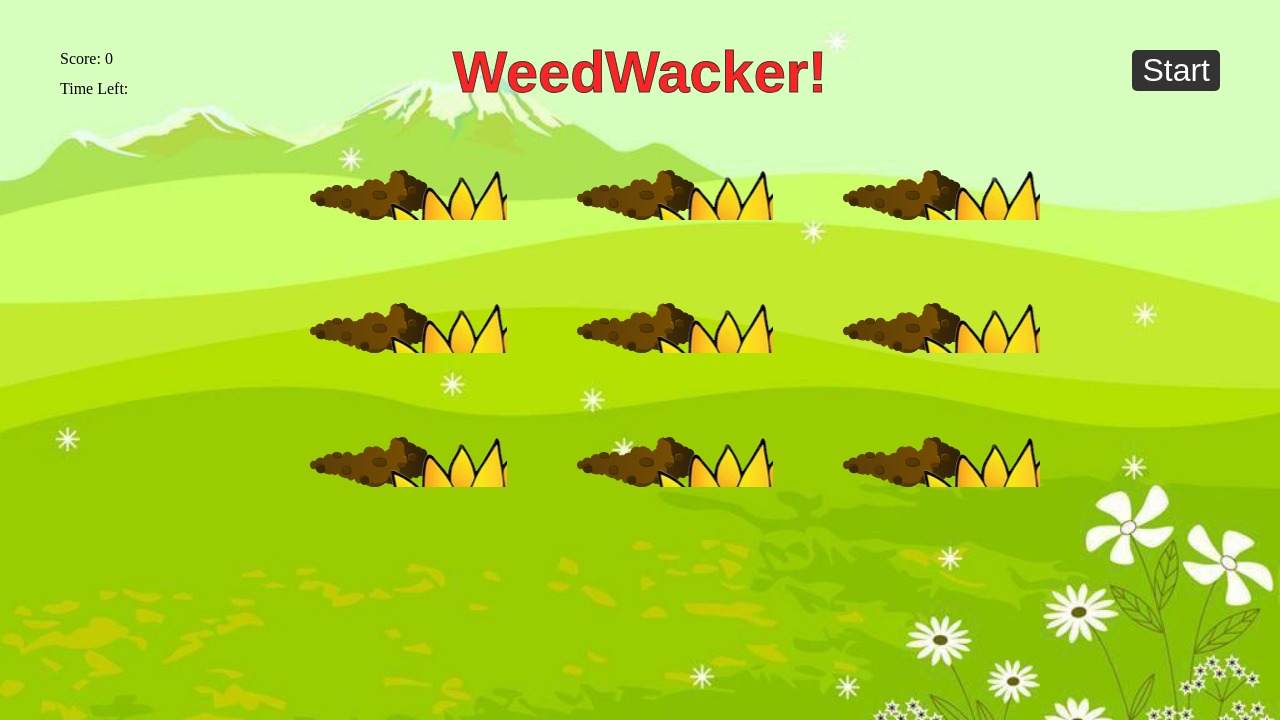
Repository: AustinW24/weedwacker
Page: index.html
The author's editor kept a copy of each file at every save. The page is drawn from the files as they stood at one save, then again after the next save.
The browser window is 1280 px wide. The pictures show the whole page.
Some web fonts or font styles are not loaded; a fallback is used.

Above is the page before, as saved 2022-02-11 10:20:24.

### index.html
<!DOCTYPE html>
<html lang="en">
<head>
    <meta charset="UTF-8">
    <meta name="viewport" content="width=device-width, initial-scale=1.0">
    <meta http-equiv="X-UA-Compatible" content="ie=edge">
    <title>WeedWacker</title>
    <link href="http://fonts.cdnfonts.com/css/common-pixel" rel="stylesheet">
    <link rel="stylesheet" href="style.css">
</head>

<body>
    <div class="container">
        <div class="score">Score: 0</div>
        <div class="timer">Time Left: </div>
        <div class="heading">
            <h1 class="title">WeedWacker!</h1>
        </div>
        <div class="start">
            <button onClick="startGame()">Start</button>
        </div>
        <div class="game">
            <div class="hole hole1">
                <div class="plant"></div>
            </div>
            <div class="hole hole2">
                <div class="plant"></div>
            </div>
            <div class="hole hole3">
                <div class="plant"></div>
            </div>
            <div class="hole hole4">
                <div class="plant"></div>
            </div>
            <div class="hole hole5">
                <div class="plant"></div>
            </div>
            <div class="hole hole6">
                <div class="plant"></div>
            </div>
            <div class="hole hole7">
                <div class="plant"></div>
            </div>
            <div class="hole hole8">
                <div class="plant"></div>
            </div>
            <div class="hole hole9">
                <div class="plant"></div>
            </div>
        </div>
    </div>
            <script src="main.js"></script>
</body>
</html>

### style.css
html{
    box-sizing: border-box;
    margin: 0 auto;
}

*, *:before, *:after {
    box-sizing: inherit;
}

body {
    margin: 0;
    padding: 0;

}

.container {
    height: 100vh;
    width: 100vw;
    background: url("/assets/wwbackground.png") no-repeat center;
    background-size: 100%;
    display: flex;
    align-items: center;
    justify-content: center;
    position: relative;
    overflow: hidden;
}

.game {
    display: flex;
    flex-wrap: wrap;
    width: 800px;
    height: 400px;
    margin: 0 auto;
}
.hole {
    flex: 1 0 33.33%;
    overflow: hidden;
    position: relative;
    background: url("/assets/dirt.svg") bottom center no-repeat;
    background-size: contain;
    height: 50px;
    width: 100%;
    margin-top: 10px;
    z-index: 2;
}
.plant {
    height: 100%;
    width: 100%;
    top: 100%;
    background: url("/assets/happyflower.png");

}

button {
    font-size: 2rem;
    cursor: pointer;
    border: none;
    background: #333;
    color: #fff;
    border-radius: 5px;
    padding: 2px 10px 2px 10px;
    transition: all 0.5s ease;
}

.heading {
    display: flex;
    position: absolute;
    top: 0;
    margin-top: 0%;
    font-family: 'Common Pixel', sans-serif;
    color: rgb(255, 35, 35);
    font-size: 2vw;
    font-size: 4vh;
    -webkit-text-stroke-width: 1px;
    -webkit-text-stroke-color: rgb(53, 53, 53);
}

.score {
    left: 0;
    position: absolute;
    top: 0;
    margin-top: 50px;
    margin-left: 60px;
}

.start {
    right: 0;
    position: absolute;
    top: 0;
    margin-top: 50px;
    margin-right: 60px;
}

.timer {
    left: 0;
    position: absolute;
    top: 0;
    margin-top: 80px;
    margin-left: 60px;
}

Loaded but not shown: assets/dirt.svg (40 lines, source omitted); main.js (no stored copy; drawn as an empty file)

After the next save:
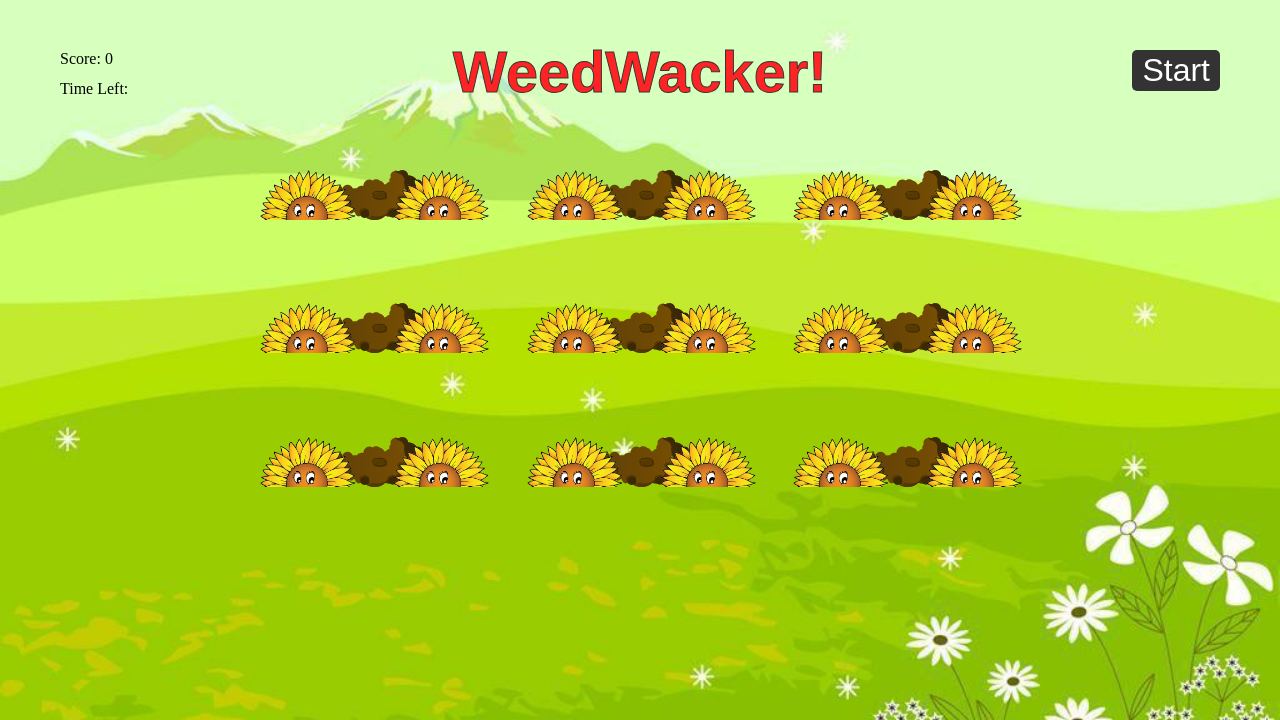
Saved 8 s later.
--- a/style.css
+++ b/style.css
@@ -48,7 +48,7 @@ body {
     width: 100%;
     top: 100%;
     background: url("/assets/happyflower.png");
-
+    background-size: 50%;
 }
 
 button {
